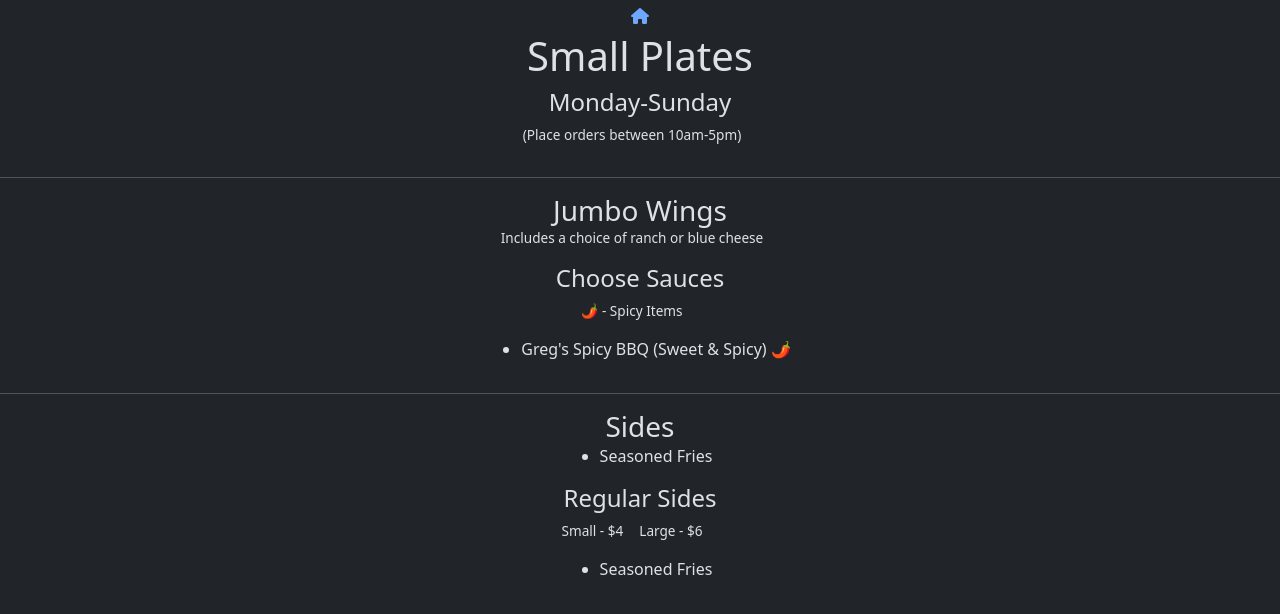
Repository: dukedward/smokehousemenu
Page: plates/index.html
The author's editor kept a copy of each file at every save. The page is drawn from the files as they stood at one save, then again after the next save.
The browser window is 1280 px wide. The pictures show the whole page.
Some web libraries are served in a nearby version.

Above is the page before, as saved 2023-03-06 13:12:51.

After the next save:
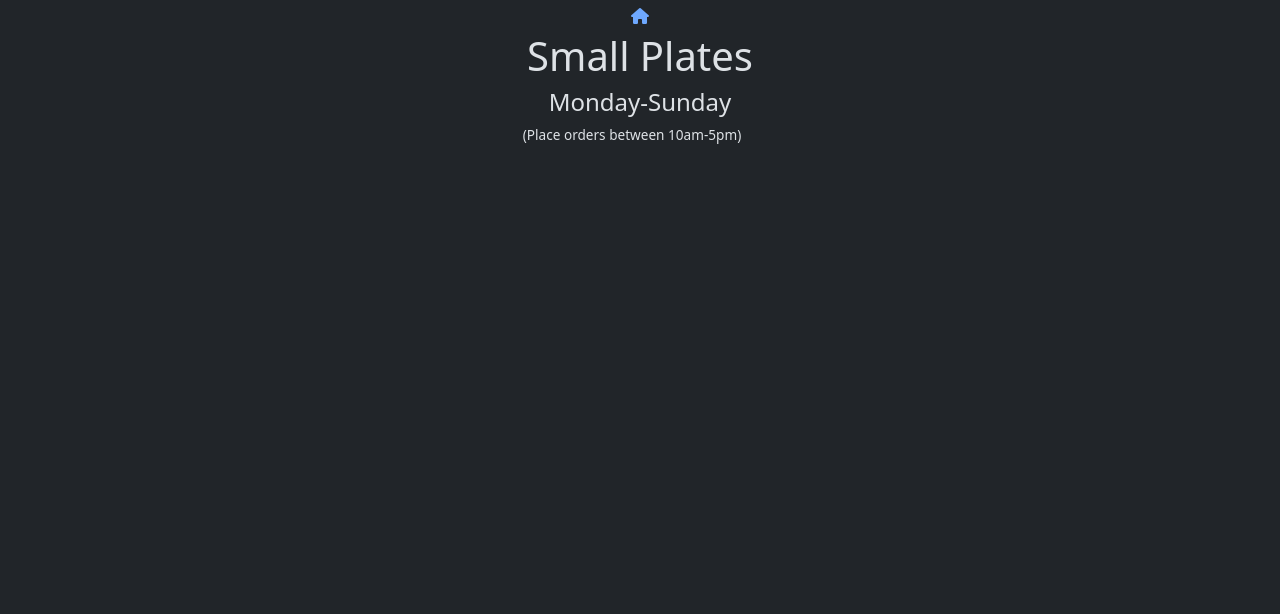
Console error: ReferenceError: newDesc is not defined
Saved 60 s later.
--- a/script.js
+++ b/script.js
@@ -83,7 +83,7 @@
             newSectTitle.innerHTML = catName;
 
             // Section Description
-        //    if (categories[i].description.length > 0) {
+           if (categories[i].description.length > 0) {
             console.log(categories[i].description.length);
             const newDesc = document.createElement("div");
             newDesc.className = "desc";
@@ -93,7 +93,7 @@
                 // console.log(categories[i].description[i].text);
                 newDesc.appendChild(newDescText);
             }
-        //    }
+           }
 
             if(categories[i].hasSubSection === true) {
                 for (s=0; s < subCategories.length; s++) {

After the 3 saves that followed:
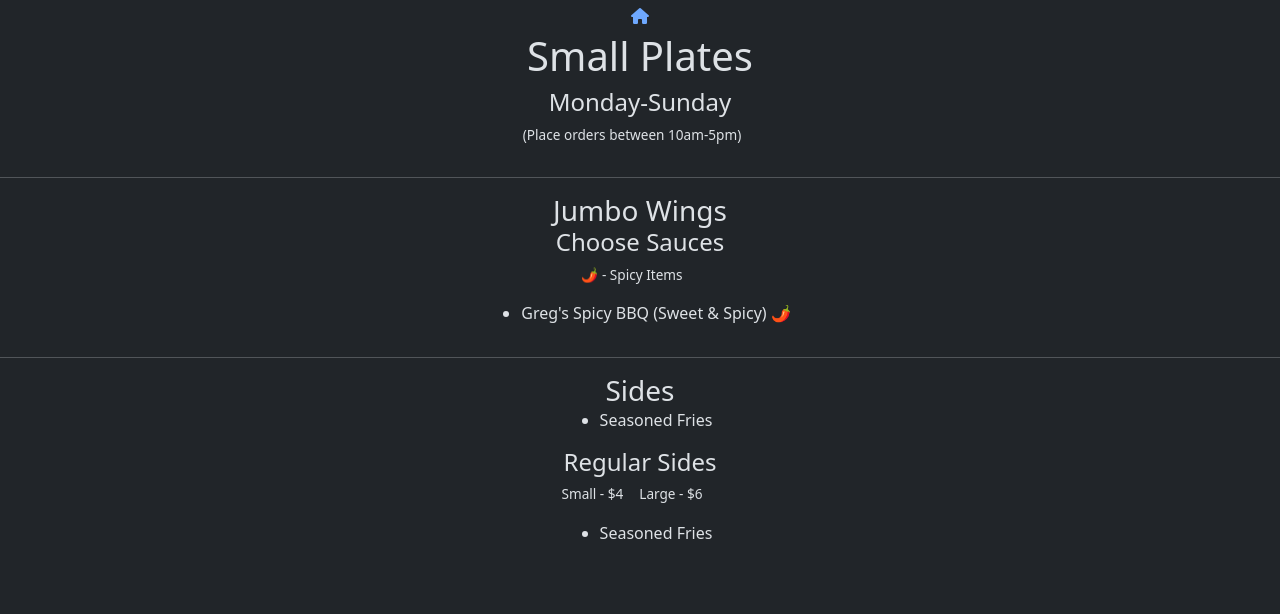
The error is gone.
The 3 saves are shown as one change because 2 left the picture as it was.
The last was saved 2 min 30 s later.
--- a/script.js
+++ b/script.js
@@ -83,17 +83,18 @@
             newSectTitle.innerHTML = catName;
 
             // Section Description
-           if (categories[i].description.length > 0) {
-            console.log(categories[i].description.length);
-            const newDesc = document.createElement("div");
-            newDesc.className = "desc";
-            for(e=0; e < categories[i].description.length; e++ ) {
-                const newDescText = document.createElement("p");
-                newDescText.innerHTML = categories[i].description[i].text;
-                // console.log(categories[i].description[i].text);
-                newDesc.appendChild(newDescText);
+            let newDesc = ''
+            if (categories[i].description.length > 0) {
+                console.log(categories[i].description.length);
+                const newDesc = document.createElement("div");
+                newDesc.className = "desc";
+                for(e=0; e < categories[i].description.length; e++ ) {
+                    const newDescText = document.createElement("p");
+                    newDescText.innerHTML = categories[i].description[i].text;
+                    // console.log(categories[i].description[i].text);
+                    newDesc.appendChild(newDescText);
+                }
             }
-           }
 
             if(categories[i].hasSubSection === true) {
                 for (s=0; s < subCategories.length; s++) {
@@ -133,7 +134,7 @@
 
                             // Appending all elements to Parent Div
                             newDiv.appendChild(newSectTitle);
-                            newDiv.appendChild(newDesc);
+                            if (newDesc) {newDiv.appendChild(newDesc);}
                             newDiv.appendChild(newSubSect)
                         }
                     }
